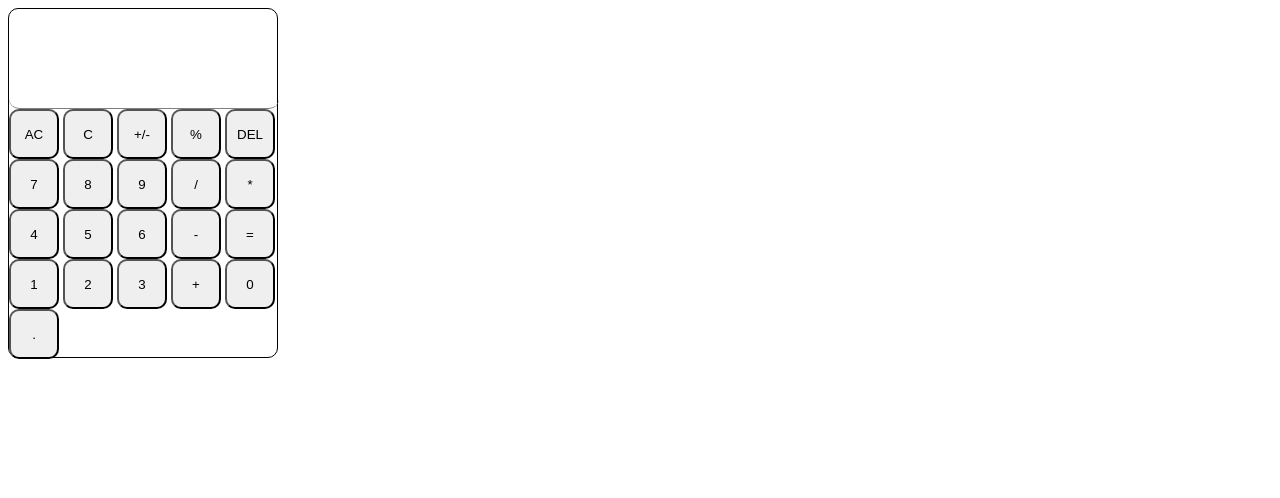
Repository: baziz22/Vanilla_JS_Projects
Page: claculator/index.html
These files come from the project's save history. The page is drawn as it stood at one moment and after the next save; the edit follows.
The browser window is 1280 px wide. The pictures show the whole page.

Above is the page before, as saved 2022-03-02 02:23:53.
Console error: SyntaxError: Malformed arrow function parameter list

### claculator/index.html
<!DOCTYPE html>
<html lang="en">
  <head>
    <meta charset="UTF-8" />
    <meta http-equiv="X-UA-Compatible" content="IE=edge" />
    <meta name="viewport" content="width=device-width, initial-scale=1.0" />
    <link rel="stylesheet" href="style.css" />
    <script src="script.js" defer></script>
    <title>Calculator</title>
  </head>
  <body>
    <div class="container">
      <div class="wrapper">
        <div id="result">
          <div id="equation"></div>
          <div id="total"></div>
          <div id="temp"></div>
        </div>
        <div id="buttons">
          <button class="btn" all-clear>AC</button>
          <button class="btn" last-entity-clear>C</button>
          <button class="btn" operation>+/-</button>
          <button class="btn" operation>%</button>

          <button class="btn" operation>DEL</button>
          <button class="btn" number>7</button>
          <button class="btn" number>8</button>
          <button class="btn" number>9</button>
          <button class="btn" operation>/</button>
          <button classs="btn" operation>*</button>
          <button class="btn" number>4</button>
          <button class="btn" number>5</button>
          <button class="btn" number>6</button>
          <button class="btn" operation">-</button>
          <button class="btn" equal id="equals">=</button>
          <button class="btn" number>1</button>
          <button class="btn" number>2</button>
          <button class="btn" number>3</button>
          <button class="btn" operation>+</button>
          <button class="btn" number>0</button>
          <button class="btn" number dot>.</button>


        </div>
      </div>
    </div>
  </body>
</html>

### claculator/style.css
* {
  box-sizing: border-box;
}
.wrapper {
  border: 1px solid black;
  border-radius: 10px;
  width: 270px;
  height: 350px;
}
button {
  width: 50px;
  height: 50px;
  border-radius: 10px;
}
#result {
  width: 270px;
  height: 100px;
  border-bottom: 1px solid gray;
  border-radius: 10px;
}

### claculator/script.js
const output = document.getElementById('output');
const total = document.getElementById('total');
const reset = document.getElementById('ac');
const btn = document.querySelectorAll('.btn');
const operants = ['=', '+', '-', '*', '/'];
const equalOperation = '=';
function clear() {}
function digitDelete() {}
const operantValue = function (arg, operant) {
  let theOperant = '';
  //console.log('args: ', arg);
  operant.forEach((element, i) => {
    //console.log(i + '. ' + element);
    //console.log('opernat: ', operant);
    if (operant[i] === arg[0]) {
      console.log('this is the operant', operant[i]);
      theOperant = operant[i];
    }
  });
  return theOperant;
};

function appendNumber(d) {
  let digits = [];
  let saveOperants = [];
  let saveDigits = [];
  let outputContents = '';
  console.log('print: ', d);
  if (d.value !== equalOperation) {
    digits.push(d.value);
    let g = operantValue(digits, operants);
    console.log('g: ', g);
    //console.log('digits: ', digits);
    output.innerHTML += digits;
    if (d.value !== g) {
      outputContents += output.textContent;
      console.log(outputContents);
      //saveOutputDigit = outputContents;
      //console.log('s: ',saveOutputDigit);
      out = outputContents.concat();
      console.log('out: ', out);
    }
    if (d.value === g) {
      outputContents = '';
      //saveOutputDigit = '';
      saveOperants.push(g);
      saveDigits.push(Number(out));
      console.log('2. OutputContents: ', out);
      console.log('saveDigits: ', saveDigits);
      //reset outputContent\
      console.log('saveOperants: ', saveOperants);
      //operantValue(digits, operants);
    }
  } else {
    compute();
  }
}
function chooseOperation(operation) {}
function compute() {
  console.log('Final Result');
}
function updateDisplay() {}
let out = '';
let saveOutputDigit = '';


  btn.forEach(element => {
    element.addEventListener('click', appendNumber(element) => {element.value});
  });

After the next save:
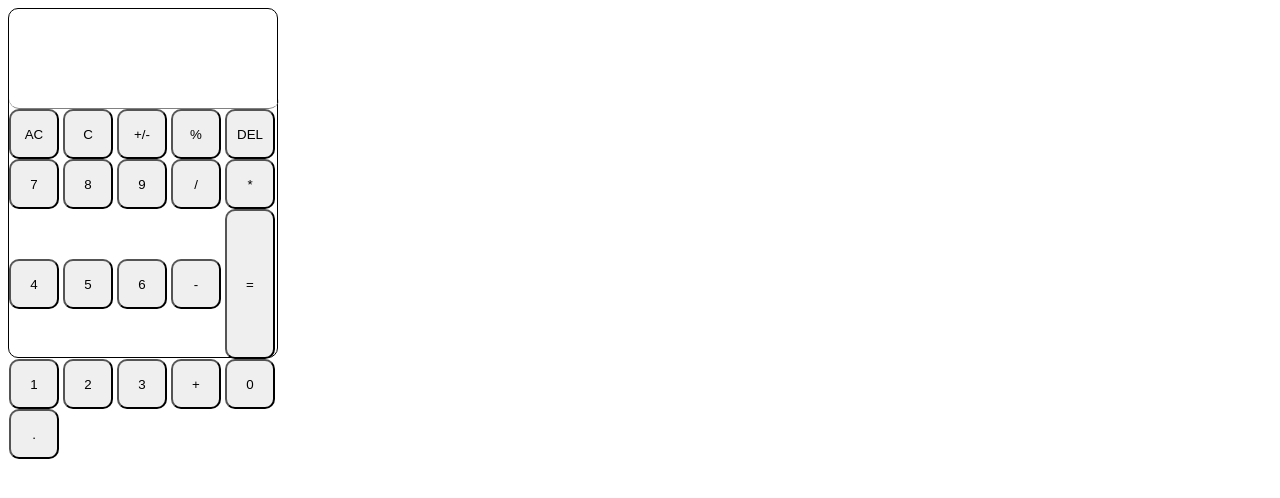
Saved 33 s later.
--- a/claculator/style.css
+++ b/claculator/style.css
@@ -18,3 +18,6 @@ button {
   border-bottom: 1px solid gray;
   border-radius: 10px;
 }
+#equals {
+  height: 150px;
+}
